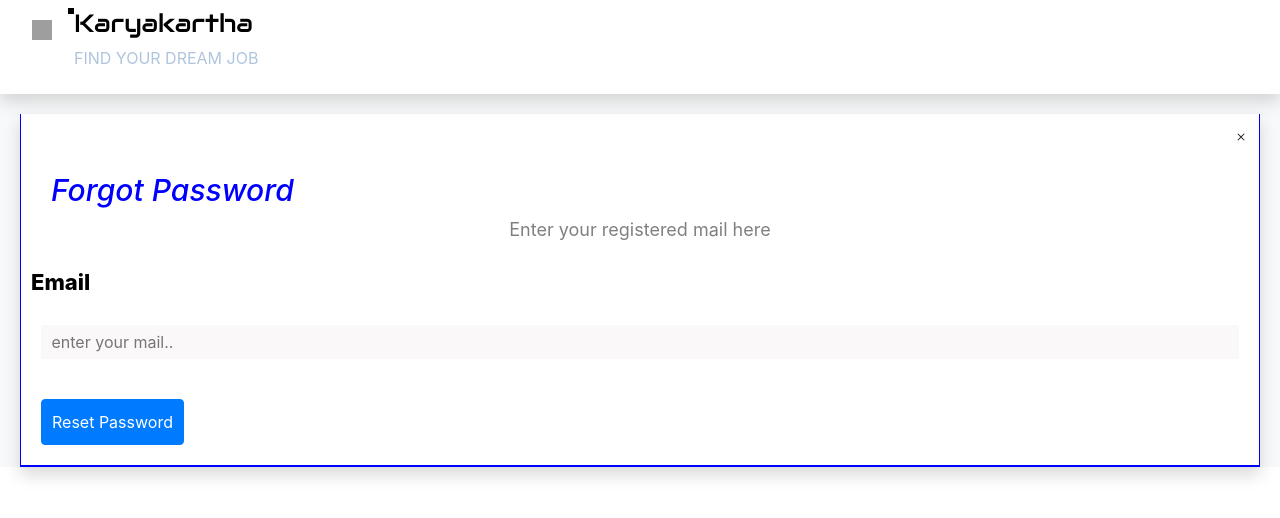
Repository: siri548/Karyakartha
Page: forgotPage.html
The author's editor kept a copy of each file at every save. The page is drawn from the files as they stood at one save, then again after a run of saves.
The browser window is 1280 px wide. The pictures show the whole page.
Pictures or frames that could not be fetched are drawn as grey boxes.

Above is the page before, as saved 2023-11-04 18:03:06.
Console error (its wording comes from the project's code and is left out).

After the next 2 saves:
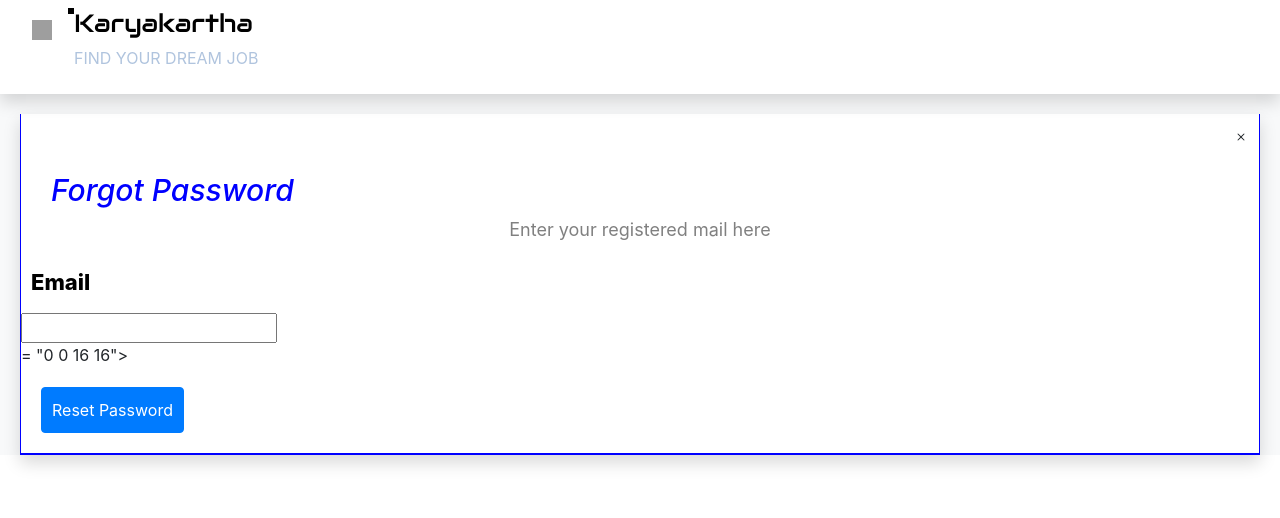
The 2 saves are shown as one change because they came seconds apart.
The last was saved 2 min 56 s later.
--- a/forgotPage.html
+++ b/forgotPage.html
@@ -65,9 +65,10 @@
             <div>
                 <h1 class="forgotPage-emailHeading ">Email</h1>
             </div>
-            <div class="forgotPage-inputContainer">
-                <input type="text " placeholder=" enter your mail.." class="forgotPage-input">
-                <div class="text-right "><i class="forgotPage-envelopeIcon bi bi-envelope-fill"></i>
+  <div   class = orgotae-inputContainer">
+  <input typ    e  = "text paceholder              = " enter your mail.." lss = "forgotPage-input">
+  <div   cla    ss = ext-rgt ">
+ = "0 0 16 16">
 
 
                 </div>
@@ -79,3 +80,5 @@
 </body>
 
 </html>
+
+</html>
